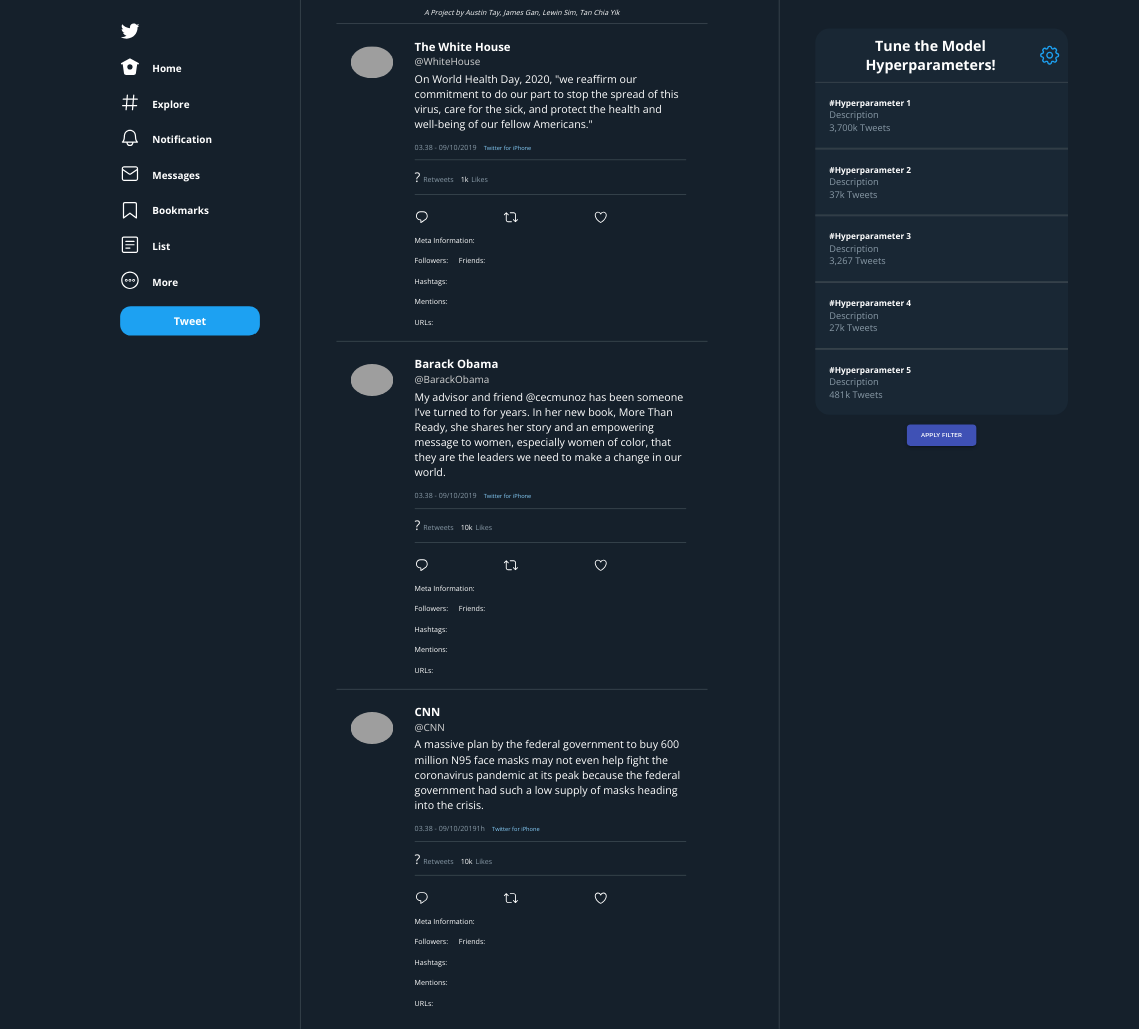
Repository: Dustyik/TwitterAIproj
Page: / (app in FrontEnd/)
These files come from the project's save history. The page is drawn as it stood at one moment and after the next save; the edit follows.
The browser window is 1280 px wide. The pictures show the whole page, at 89% of full size.
Pictures or frames that could not be fetched are drawn as grey boxes. The page's requests for data from a server got no answer. The project was rebuilt for these pictures with package versions that can differ from the ones it lists, and the page was loaded fresh each time. No one was signed in, and anything a server would have sent is missing. Also part of the build but not shown: FrontEnd/src/components/StatusCard.js, FrontEnd/src/pages/Status.js, FrontEnd/src/components/profile/ProfileHead.js, FrontEnd/src/components/profile/ProfileDetails.js, FrontEnd/src/styles/Profile.css, FrontEnd/src/pages/Profile.js.

Above is the page before, as saved 2021-08-03 12:36:06.

### FrontEnd/public/index.html
<!DOCTYPE html>
<html lang="en">

<head>
  <meta charset="utf-8" />
  <link rel="icon" href="%PUBLIC_URL%/favicon.ico" />
  <meta name="viewport" content="width=device-width, initial-scale=1" />
  <meta name="theme-color" content="#000000" />
  <meta name="description" content="Web site created using create-react-app" />
  <link rel="apple-touch-icon" href="%PUBLIC_URL%/logo192.png" />
  <link href="https://fonts.googleapis.com/css2?family=Open+Sans:wght@400;700&display=swap" rel="stylesheet">
  <!--
      manifest.json provides metadata used when your web app is installed on a
      user's mobile device or desktop. See https://developers.google.com/web/fundamentals/web-app-manifest/
    -->
  <link rel="manifest" href="%PUBLIC_URL%/manifest.json" />
  <!--
      Notice the use of %PUBLIC_URL% in the tags above.
      It will be replaced with the URL of the `public` folder during the build.
      Only files inside the `public` folder can be referenced from the HTML.

      Unlike "/favicon.ico" or "favicon.ico", "%PUBLIC_URL%/favicon.ico" will
      work correctly both with client-side routing and a non-root public URL.
      Learn how to configure a non-root public URL by running `npm run build`.
    -->
  <title>React App</title>
</head>

<body>
  <noscript>You need to enable JavaScript to run this app.</noscript>
  <div id="root"></div>
  <!--
      This HTML file is a template.
      If you open it directly in the browser, you will see an empty page.

      You can add webfonts, meta tags, or analytics to this file.
      The build step will place the bundled scripts into the <body> tag.

      To begin the development, run `npm start` or `yarn start`.
      To create a production bundle, use `npm run build` or `yarn build`.
    -->
</body>

</html>

### FrontEnd/src/App.js
import React from 'react';
import { BrowserRouter as Router, Route } from 'react-router-dom';
import './App.css';
import { Sidebar } from './components/Sidebar';
import { Home } from './pages/Home';
import { Trending } from './components/trending/Trending';
import { GlobalProvider } from './context/GlobalState';
import { Status } from './pages/Status';
import ScrollToTop from './utils/ScrollToTop';
import { Profile } from './pages/Profile';

function App() {
  return (
    <GlobalProvider >
      <Router >

        <ScrollToTop>
          <div className="App">
            <div className="side-nav">
              <Sidebar />
            </div>
            <div className="main trending">

              <Route exact path="/" component={Home} />
              { /*
              <Route exact path="/:id" component={Profile} />
              <Route exact path="/status/:id" component={Status} />
              */}


            </div>

            <div className="trending">
              <Trending />
            </div>
          </div>
        </ScrollToTop>

      </Router>
    </GlobalProvider>
  );
}

export default App;

### FrontEnd/src/App.css
:root {
    --body-bg        : rgb(21, 32, 43);
    --sky-blue       : rgba(29, 161, 242, 1.00);
    --light          : rgba(255, 255, 2555);
    --grey           : rgb(136, 153, 166);
    --border         : rgb(56, 68, 77);
    --thick-border   : rgb(37, 51, 65);
    --thick-border   : rgb(37, 51, 65);
    --card-background: rgb(25, 39, 52);
}

body {
    background-color: var(--body-bg);
    font-family     : 'Open Sans', sans-serif;
    padding         : 0;
    margin          : 0;
    color           : var(--light);
}

html {
    font-size: 8px;
}

::-webkit-input-placeholder {
    /* Chrome/Opera/Safari */
    font-size  : 2.5rem;
    color      : #9197a3;
    font-weight: 400;
}

::-moz-placeholder {
    /* Firefox 19+ */
    font-size  : 2.5rem;
    color      : #9197a3;
    font-weight: 400;
}

:-ms-input-placeholder {
    /* IE 10+ */
    font-size  : 2.5rem;
    color      : #9197a3;
    font-weight: 400;
}

:-moz-placeholder {
    /* Firefox 18- */
    font-size  : 2.5rem;
    color      : #9197a3;
    font-weight: 400;
}

.App {
    display              : grid;
    grid-template-columns: 2.5fr 4fr 3fr;
}

.side-nav {
    padding-left: 40%;
    padding-top : 3rem;
}

.side-nav svg {
    fill : var(--light);
    width: 2.75rem;
}

.side-nav svg:hover {
    fill: var(--sky-blue);
}

.side-nav-item {
    padding: 1rem 0;

}

.side-nav .side-nav-item .side-nav-text {
    font-size     : 1.4rem;
    font-weight   : 600;
    color         : var(--light);
    padding-left  : 1.8rem;
    vertical-align: center;
}

.side-nav-item-holder{
    width: rem;
}

.avatar {
    display: inline;
}

.avatar img {
    border-radius: 50%;
}


/* helper classes */
.p-0 {
    padding: 0
}


.pl-0 {
    padding-left: 0
}

.p-1 {
    padding: 1rem;
}

.p-2 {
    padding: 2rem
}

.pr-0 {
    padding-right: 0
}

.pb-1 {
    padding-bottom: 1rem;
}

.m-0 {
    margin: 0
}

.mb-0 {
    margin-bottom: 0;
}

.text-center {
    text-align: center;
}

.w-100 {
    width: 100%;
}

.pl-1 {
    padding-left: 1rem;
}

.pr-1 {
    padding-right: 1rem;
}

ul {
    list-style: none;
}

.flex-align-center {
    display    : flex;
    align-items: center;
}

.flex-space-between {
    display        : flex;
    justify-content: space-between;
}

.inline-block {
    display: inline-block;

}


.btn {
    color      : var(--light);
    font-weight: 700;
    cursor     : pointer;
    border     : none;
    background : transparent;
}

.tweet-btn {
    border-radius   : 1.5rem;
    font-size       : 1.5rem;
    padding         : 1rem;
    background-color: var(--sky-blue);
    width           : 70%;
}

.follow-btn {
    border-radius: 3rem;
    font-size    : 2rem;
    padding      : 0.5rem;
    font-weight  : 700;
    color        : var(--sky-blue);
    border       : 1px solid var(--sky-blue);
}

.pointer {
    cursor: pointer;
}

.bold-dull-para {
    font-size: 1.75rem;
    color    : var(--grey);
}

a {
    text-decoration: none;
    color          : inherit;
}

h1 {
    font-size  : 2.25rem;
    font-weight: 700;
    color      : var(--light);
}

h2 {
    font-size  : 2rem;
    font-weight: 700;
    color      : var(--light);
}

input:focus {
    outline: none;
}

### FrontEnd/src/components/trending/Trending.js
import React from 'react';
import '../../styles/Trending.css';
import { SearchIcon } from '../../images/svg/svgs'
import { TrendsList } from './TrendsList';
import { FollowSuggestionsList } from './FollowSuggestionsList';
import { Button } from '@material-ui/core';



export const Trending = () => {
    return (
        <>
            <div>

                <div className="trends-list m-0">

                <TrendsList />

                </div>
                {/*
                <div className="follow-list">
                    <FollowSuggestionsList />
                </div>
                */}





            <div>
                &nbsp;
            </div>
            <div
             style = {{
                display: "flex",
                justifyContent: "center",
                alignItems: "center"
             }}
            >


            <Button
                variant="contained" color="primary">
                Apply Filter
            </Button>
            </div>
            </div>
        </>
    )
}

### FrontEnd/src/utils/ScrollToTop.js
import React, { useEffect, Fragment } from 'react';
import { withRouter } from 'react-router-dom';

function ScrollToTop({ history, children }) {
    useEffect(() => {
        const unlisten = history.listen(() => {
            window.scrollTo(0, 0);
        });
        return () => {
            unlisten();
        }
    }, []);

    return <Fragment>{children}</Fragment>;
}

export default withRouter(ScrollToTop);

### FrontEnd/src/images/avatars.js
import React from 'react'

export const SmallAvatar = ({ width, image }) => {
    return (
        <div className="avatar">
            <img width={width} src={image} alt="avatar" />
        </div>
    )
}

### FrontEnd/src/apifunctions.js
import axios from 'axios';

export const getTweets = () => {
    return axios.get("http://localhost:5000/getTweets")
}

export const applySearchFilters = (data, title, id) => {
    return axios.post("http://localhost:5000/applySearchModels", {
            data: data,
            queryTitle: title,
            articleId: id

        }
    )
}

### FrontEnd/src/styles/Main.css
/* main styles */
.main {
    border-left : 1px solid var(--border);
    border-right: 1px solid var(--border);
    ;
}

.home {
    padding-left : 2.5rem;
    border-bottom: 1px solid var(--border);
}

.new-tweet {
    padding              : 1rem;
    display              : grid;
    grid-template-columns: 1fr 9fr;
    border-bottom        : 1rem solid var(--thick-border);
}

.new-tweet .left,
.right {
    padding: 0 1rem;
}

.new-tweet input {
    padding    : 2rem 0;
    background : transparent;
    border     : none;
    color      : var(--light);
    font-size  : 2rem;
    font-weight: 700;
}

.new-tweet-options {
    padding-right  : 1rem;
    display        : flex;
    justify-content: space-between;
    align-items    : center;
}

.new-tweet .add-icons {
    margin-right: 1rem;
}

.new-tweet .add-icons svg {
    width  : 3rem;
    fill   : var(--sky-blue);
    padding: 1rem;
}

.new-tweet .add-icons svg:first-child {
    padding-left: 0;
}

### FrontEnd/src/components/TweetList.js
import React, { useContext } from 'react'
import TweetCard from './TweetCard'
import { GlobalContext } from '../context/GlobalState'

export const TweetList = () => {
    const { tweets } = useContext(GlobalContext);
    return (
        <>
            {tweets.map((tweet, index) => (<TweetCard key={index} tweet={tweet}/>))}
        </>
    )
}

### FrontEnd/src/styles/Trending.css
.trending {
    padding: 1rem 10rem 1rem 5rem;
}

.trending .search-box {
    width     : 100%;
    background: transparent;

    background-color: var(--thick-border);
    border-radius   : 5rem;
    border          : none;
}

.trending .search-box svg {
    width       : 3rem;
    fill        : var(--grey);
    padding-left: 1rem;

}

.trending .search-box input {
    padding   : 1.5rem;
    font-size : 2rem;
    width     : 100%;
    background: transparent;
    border    : none;
    color     : var(--light);
}

.trends-list {
    background-color: var(--card-background);
    border-radius   : 2rem;
    margin-top      : 3rem;
}

.trends-list h1 {
    padding: 1rem 2rem;

}

.trends-for-you {
    padding: 1rem;
    text-align: center;
    vertical-align: middle;
}

.trends-for-you svg {
    width: 3.5rem;
    fill : var(--sky-blue);
}

.trends-card {
    border-top   : 1px solid var(--border);
    border-bottom: 1px solid var(--border);
    padding      : 2rem;
}

.trends :last-child {
    border-bottom: none;
}

.trends-topic {
    font-size: 1.3rem;
    color    : var(--grey);
}

.trend-tweet-count {
    font-size: 1.3rem;
    color    : var(--grey);
}



.trending ::-webkit-input-placeholder {
    /* Chrome/Opera/Safari */
    font-size  : 2rem;
    color      : #9197a3;
    font-weight: 400;
}

.trending ::-moz-placeholder {
    /* Firefox 19+ */
    font-size  : 2rem;
    color      : #9197a3;
    font-weight: 400;
}

.trending :-ms-input-placeholder {
    /* IE 10+ */
    font-size  : 2rem;
    color      : #9197a3;
    font-weight: 400;
}

.trending :-moz-placeholder {
    /* Firefox 18- */
    font-size  : 2rem;
    color      : #9197a3;
    font-weight: 400;
}

### FrontEnd/src/components/trending/TrendsList.js
import React from 'react';
import { Trend } from '../trending/Trend';
import { SettingsIcon } from '../../images/svg/svgs';

export const TrendsList = () => {
    const trends = [
        {
            name: '#Hyperparameter 1',
            topic: 'Description',
            tweets: '3,700k'
        },
        {
            name: '#Hyperparameter 2',
            topic: 'Description',
            tweets: '37k'
        }, {
            name: '#Hyperparameter 3',
            topic: 'Description',
            tweets: '3,267'
        },
        {
            name: '#Hyperparameter 4',
            topic: 'Description',
            tweets: '27k'
        }, {
            name: '#Hyperparameter 5',
            topic: 'Description',
            tweets: '481k'
        }
    ]
    return (
        <div>
            <div className="trends-for-you flex-space-between">
                <h2 className="m-0">Tune the Model Hyperparameters!</h2>
                <SettingsIcon />
            </div>
            <div className="trends">
                {trends.map(trend => (<Trend trend={trend} />))}
            </div>
        </div>
    )
}

### FrontEnd/src/context/AppReducer.js
const MAX = 30
const MIN = 0

export default (state, action) => {
    switch (action.type) {
        case 'DELETE_TRANSACTION':
            return {
                ...state,
                transactions: state.transactions.filter(transaction => transaction.id !== action.payload)
            }
        case 'ADD_TWEET':
            const newTweet = {
                user: {
                    name: action.payload.name,
                    image: action.payload.image,
                    handle: `@${action.payload.name}`,
                },
                tweet: {
                    content: action.payload.tweet,
                    image: null,
                    comments: Math.floor(Math.random()*(MAX-MIN)+MIN),
                    retweets: Math.floor(Math.random()*(MAX-MIN)+MIN),
                    likes: Math.floor(Math.random()*(MAX-MIN)+MIN),
                    relevance: action.payload.relevance
                }
            };
            return {
                ...state,
                tweets: [...state.tweets, newTweet]
            }

        case "SET_TWEETS":
            return {
            ...state,
            tweets: action.payload
        }

        case "SET_SEARCH_MODEL":
            return {
            ...state,
            searchModels: action.payload
        }

        case "REMOVE_ALL_TWEETS":
            return {
            ...state,
            tweets: []
        }


        default:
            return state
    }
}

### FrontEnd/src/components/trending/Trend.js
import React from 'react'

export const Trend = ({ trend }) => {
    return (
        <div className="trends-card">
            <h3 className="m-0">{trend.name}</h3>
            <p className="trends-topic m-0">{trend.topic}</p>
            <p className="trend-tweet-count m-0">{trend.tweets} Tweets</p>
        </div>
    )
}

### FrontEnd/src/styles/StatusCard.css

.status-card {
    /* padding              : 1rem;
    display                 : grid;
    grid-template-columns   : 1fr 9fr; */
    border-bottom           : 0.5px solid var(--border);
    border-top              : 0.5px solid var(--border);

}

.status-card .left,
.right {
    padding: 2rem;
}

.status-card .left {
    display    : flex;
    align-items: center;

}

.status-card .right {
    padding-top: 0;
}

.status-card .status-card-name {
    font-size    : 2rem;
    font-weight  : 700;
    padding-right: 1rem;
}

.status-card .status-card-handle,
.status-card-time {
    font-size: 1.5rem;
    color    : var(--grey);
}

.status-card .status-card-body .status-card-content p {
    font-size : 2.5rem;
    margin-top: .5rem;
}

.status-card .status-card-body .status-card-image {
    margin-top: 2rem;
}

.status-card .status-card-body .status-card-image img {
    width        : 100%;
    border-radius: 20px;
}

.status-card .status-card-footer {
    padding-right: 10rem;
    display      : flex;

    justify-content: space-around;
    padding-top    : 1rem;
    width          : 100%;
}

.status-card .status-card-footer svg {
    fill : var(--grey);
    width: 2.5rem;
}

.status-card .status-card-footer .tweet-cars-icon {
    line-height : 2;
    font-size   : 1.5rem;
    color       : var(--grey);
    padding-left: 1rem;
}

.status {
    display    : flex;
    align-items: center;
    padding    : 0 2rem;
    display    : flex;
    align-items: center;
}

.status h1 {
    display     : inline-block;
    padding-left: 1rem;
}

.status svg {
    width: 4rem;
    fill : var(--sky-blue);
}

### FrontEnd/src/styles/TweetCard.css


.tweet-card {
    padding              : 1rem;
    display              : grid;
    grid-template-columns: 1fr 9fr;
    border-top           : 0.5px solid var(--border);

}
.tweet-middle-border {
    margin-top              : 1.1rem;
    margin-bottom             : 1.1rem;
    border-top           : 0.1rem solid var(--border);
}

.left{
    padding: 0 1rem;
    margin-top: 25px;
}

.tweet-card-shotoniphone{
    margin-left: 1rem;
    font-size: 0.8rem;
    color    : lightskyblue;
}

.tweet-card-time{
    display:inline-block;
    padding-top: 1.5rem;
    font-size: 1rem;
    color    : var(--grey);
}

.tweet-meta-information{
    padding-top: 1.5rem;

}

.tweet-meta-information-inner{
    font-style:"italic",

}

.tweet-retweets-likes {
    margin-left: 0.4rem;
    display:inline-block;
    font-size: 1rem;
    color    : var(--grey);
}

.tweet-retweets-likes-number {
    margin-left: 1rem;
    display:inline-block;
    font-size: rem;
    color    : var(white);
}

.tweet-card, .right {
    padding: 0 1rem;
    margin-top: px;
}

.tweet-card .tweet-card-head .tweet-card-name {
    font-size    : 1.6rem;
    padding-right: 1rem;
    font-weight: bold;
}

.tweet-card .tweet-card-head .tweet-card-name:hover {
    text-decoration: underline;
}

.tweet-card-handle {
    font-size    : 1.4rem;
    padding-right: 1rem;
    font-weight: lighter;
    color: lightgray;
}

.tweet-card .tweet-card-body .tweet-card-content p {
    font-size : 1.5rem;
    margin-top: .5rem;
}

.tweet-card .tweet-card-body .tweet-card-image {
    margin-top: 2rem;
}

.tweet-card .tweet-card-body .tweet-card-image img {
    width        : 100%;
    border-radius: 20px;
}

.tweet-card .tweet-card-footer {
    padding-right  : 10rem;
    display        : flex;
    justify-content: space-between;
    padding-top    : 1rem;
}

.tweet-card .tweet-card-footer svg {
    fill : white;
    width: 2rem;
}

.tweet-card .tweet-card-footer .tweet-cars-icon {
    line-height : 2;
    font-size   : 1.5REM;
    color       : var(--grey);
    padding-left: 1rem;
}

### FrontEnd/src/components/trending/FollowSuggestionsList.js
import React from 'react'
import { FollowSuggestionCard } from './FollowSuggestionCard';
import '../../styles/FollowList.css';

export const FollowSuggestionsList = () => {
    const whoToFollowList = [
        {
            name: 'Huawei',
            handle: '@Huawei',
            image: 'https://pbs.twimg.com/profile_images/1246467440977932292/Wmlicr4o_bigger.jpg'
        },
        {
            name: 'Pinarayi Vijayan',
            handle: '@vijayanpinarayi',
            image: 'https://pbs.twimg.com/profile_images/1179639807506407424/l9apSa2h_bigger.jpg'
        },
        {
            name: 'Economic Times',
            handle: '@EconomicTimes',
            image: 'https://pbs.twimg.com/profile_images/1077844189893853184/PCBPSQVB_bigger.jpg'
        }, {
            name: 'Netflix India',
            handle: '@NetflixIndia',
            image: 'https://pbs.twimg.com/profile_images/1072124554808422401/s8K84jEW_bigger.jpg'
        }
    ]
    return (

        <>
            <div className="flex-space-between">
                <h1 className="m-0">Who To Follow</h1>

            </div>
            <div className="follow-cards">
                {whoToFollowList.map(whoToFollow => (<FollowSuggestionCard whoToFollow={whoToFollow} />))}

            </div>
        </>

    )
}

### FrontEnd/src/components/trending/FollowSuggestionCard.js
import React from 'react';
import { SmallAvatar } from '../../images/avatars';

export const FollowSuggestionCard = ({ whoToFollow }) => {
    return (
        // <div className="follow-card">
        //     <p className="trends-topic m-0">{follow.topic}</p>
        //     <h2 className="m-0">{follow.name}</h2>
        //     <p className="trend-tweet-count m-0">{follow.tweets}</p>
        // </div>
        <div className="who-to-follow">
            <div className="left">
                <SmallAvatar width="48" image={whoToFollow.image} />
            </div>
            <div className="middle">
                <span className="follow-card-name">{whoToFollow.name}</span>
                <span className="follow-card-handle">{whoToFollow.handle}</span>
            </div>
            <div className="right">
                <div className="btn follow-btn text-center">
                    Follow
                </div>
            </div>
        </div>
    )
}

### FrontEnd/src/styles/FollowList.css
.follow-list {
    background-color: var(--card-background);
    border-radius   : 2rem;
    margin-top      : 3rem;
}

.follow-list h1 {
    padding: 1rem 2rem;
}

.who-to-follow:last-child {
    border-bottom: none;
}

.who-to-follow {
    display              : grid;
    grid-gap             : 1rem;
    padding              : 1rem 2rem;
    grid-template-columns: 1fr 3fr 2fr;
    border-top           : 1px solid var(--border);
    border-bottom        : 1px solid var(--border);
    padding              : 2rem;
}

.who-to-follow .middle {
    display       : flex;
    flex-direction: column;
}

.who-to-follow .middle .follow-card-name {
    font-size    : 2rem;
    font-weight  : 700;
    padding-right: 1rem;
}

.who-to-follow .middle .follow-card-handle {
    font-size: 2rem;
    color    : var(--grey);
}

Loaded but not shown: FrontEnd/src/index.js (common file); FrontEnd/src/images/svg/svgs.js (66 lines, source omitted); FrontEnd/src/components/Sidebar.js (142 lines, source omitted); FrontEnd/src/components/TweetCard.js (102 lines, source omitted); FrontEnd/src/pages/Home.js (100 lines, source omitted); FrontEnd/src/context/GlobalState.js (113 lines, source omitted)

After the next save:
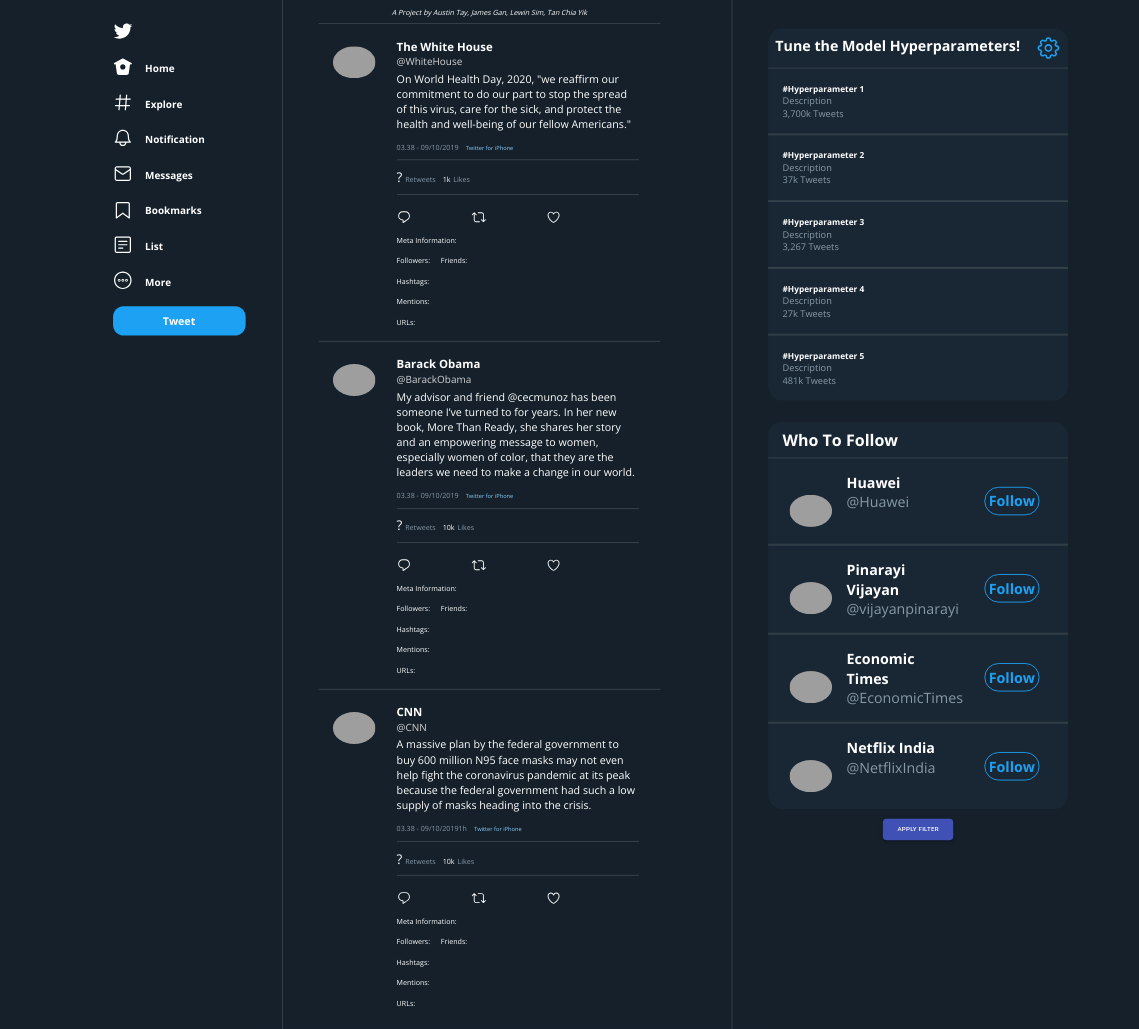
Saved 2 min 22 s later.
--- a/FrontEnd/src/components/trending/Trending.js
+++ b/FrontEnd/src/components/trending/Trending.js
@@ -17,11 +17,11 @@
                 <TrendsList />
 
                 </div>
-                {/*
+
                 <div className="follow-list">
                     <FollowSuggestionsList />
                 </div>
-                */}
+
 
 
 
